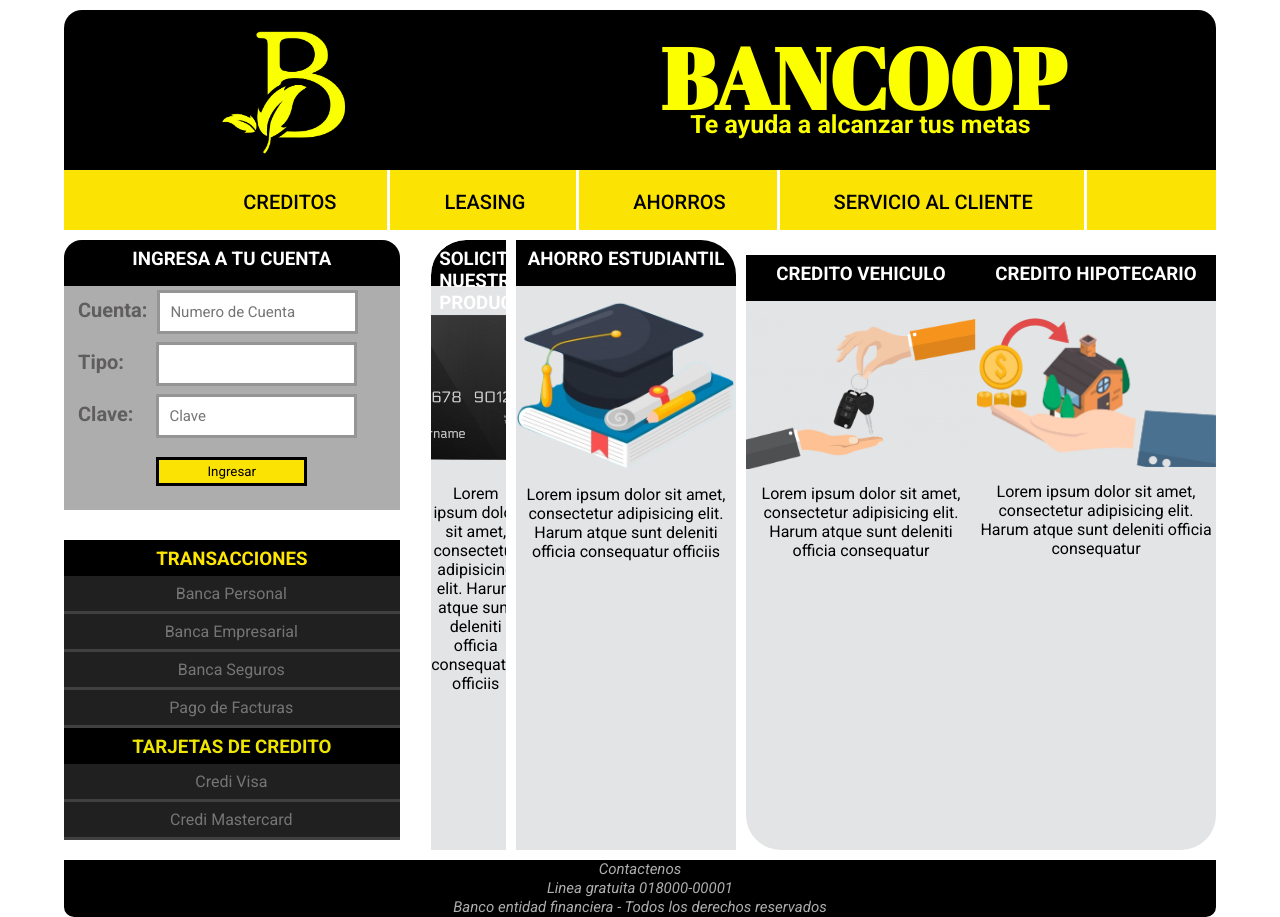
Repository: NickArregoces/BANCOOP
Page: Index.html
These files come from the project's save history. The page is drawn as it stood at one moment and after a run of saves; the edit follows.
The browser window is 1280 px wide. The pictures show the whole page.

Above is the page before, as saved 2021-10-15 11:04:08.

After the next 2 saves:
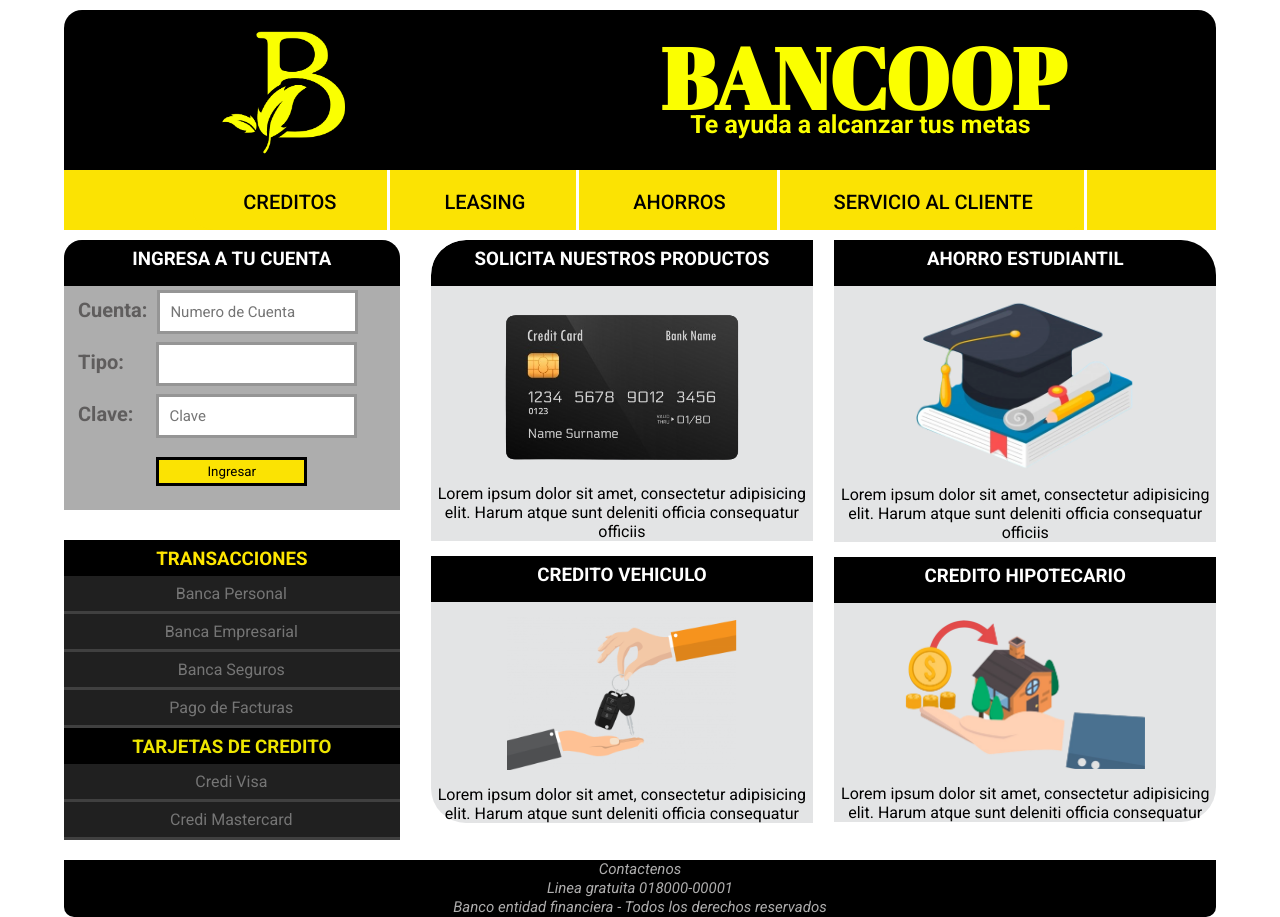
The 2 saves are shown as one change because they came seconds apart.
The last was saved 8 s later.
--- a/CSS/Style.css
+++ b/CSS/Style.css
@@ -200,11 +200,11 @@ aside{
     margin-top: 10px;
     float: right;
     margin-bottom: 10px;
-    display: flex;
+
 
 }
     div.solicita{
-
+        width: 48%;
         float: left;
         border-top-left-radius: 35px;
         margin-left: 10px;
